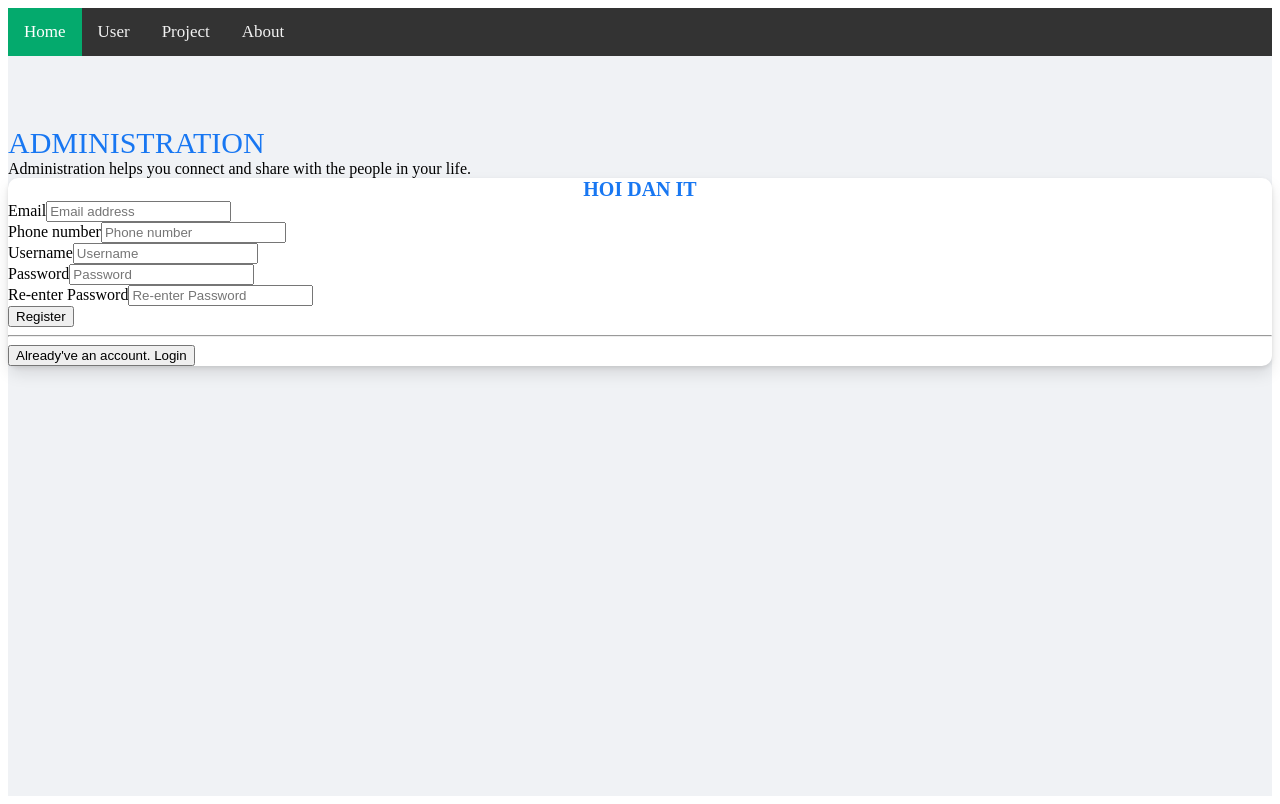
Repository: minhtien9/jwt_Reactjs_Frontend
Page: /register
The author's editor kept a copy of each file at every save. The page is drawn from the files as they stood at one save, then again after the next save.
The browser window is 1280 px wide. The pictures show the whole page.
The project was rebuilt for these pictures with package versions that can differ from the ones it lists, and the page was loaded fresh each time. Also part of the build but not shown: src/App.scss, src/components/Login/Login.scss, src/components/Login/Login.js, src/components/ManageUsers/Users.js.

Above is the page before, as saved 2022-05-28 23:11:01.

After the next save:
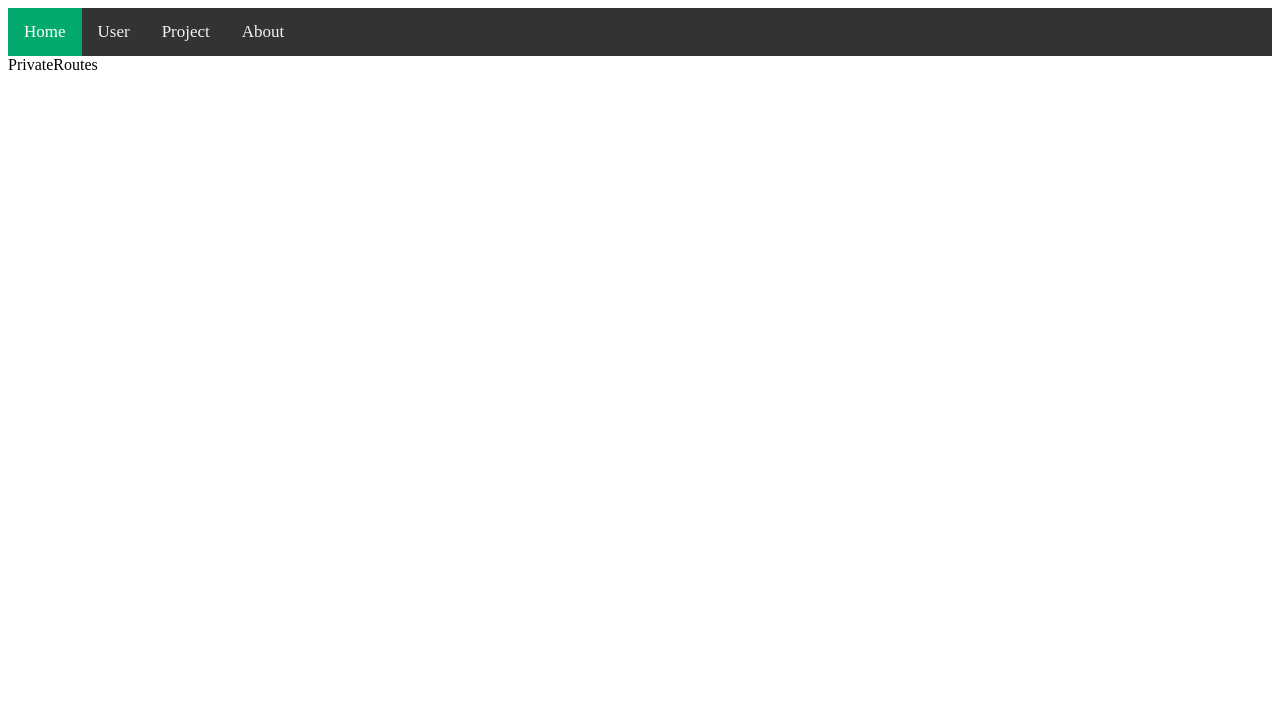
Saved 55 s later.
--- a/src/routes/AppRoutes.js
+++ b/src/routes/AppRoutes.js
@@ -3,10 +3,12 @@ import { Route, Switch } from 'react-router-dom'
 import Login from '../components/Login/Login'
 import Users from '../components/ManageUsers/Users'
 import Register from '../components/Register/Register'
+import PrivateRoutes from '../routes/PrivateRoutes'
 const AppRoutes = (props) => {
     return (
         <>
             <Switch>
+                <PrivateRoutes />
                 <Route path='/news'>new</Route>
                 <Route path='/about'>about</Route>
 
